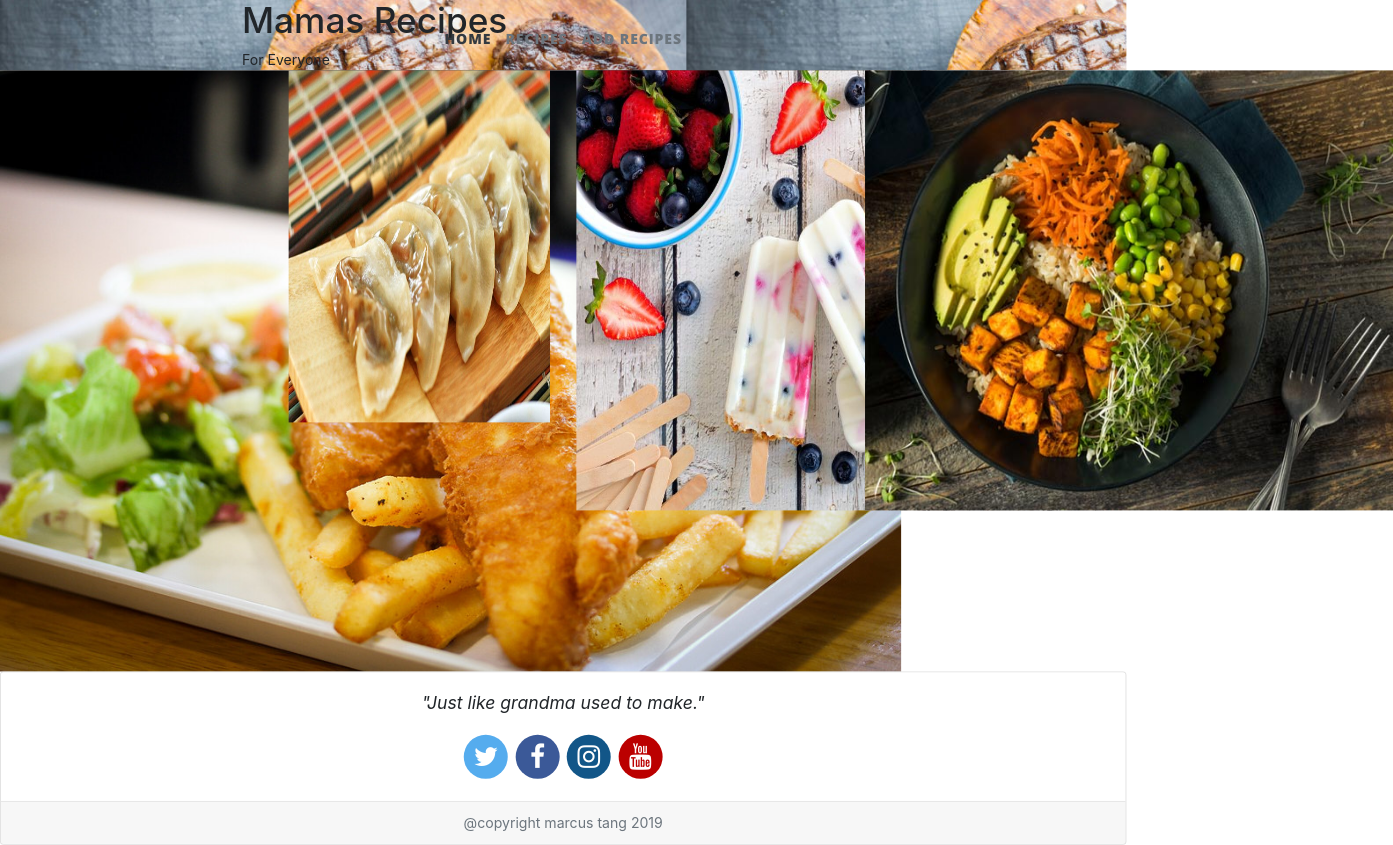
Repository: marstangg/mamasrecipes
Page: templates/index.html
The author's editor kept a record of every edit. The page is drawn from the files as they stood at one moment, then again after the next edit.
The browser window is 1280 px wide. The page is 1583 px wide, so the pictures cover 1583 px, including what lies to the right of the window. The pictures show the whole page, at 88% of full size.
Some web libraries are served in a nearby version. The template is drawn by Flask 3. The application's start-up code is not run. Other server files are loaded and not shown. The template is opened directly, without the code that normally fills it, so the values that code supplies are empty.

Above is the page before.

### templates/index.html
{% extends 'base.html' %}

{% block content %}
  <!--Page Header -->
  <header class="masthead" style="background-image: url('static/img/mamasrecipe.jpg')">
    <div class="overlay"></div>
    <div class="container">
      <div class="row">
        <div class="col-lg-8 col-md-10 mx-auto">
          <div class="site-heading">
            <h1>Mamas Recipes</h1>
            <span class="subheading">For Everyone</span>
          </div>
        </div>
      </div>
    </div>
  </header>
  <!--Listing-->
  <div class="row">
    <div class="col-3">
      <img src="static/img/western.jpg" alt="western">
    </div>
    <div class="col-3">
      <img src="static/img/gyoza.jpg" alt="asian" width="100%" height="400">
    </div>
    <div class="col-3">
      <img src="static/img/dessert.jpg" alt="dessert"width="600" height="500">
    </div>
    <div class="col-3">
      <img src="static/img/vege.jpg" alt="veg"width="600" height="500">
    </div>
  </div>
{% endblock %}

### templates/base.html
<!doctype html>
<html lang="en">

<head>
  <!-- Required meta tags -->
  <meta charset="utf-8">
  <meta name="viewport" content="width=device-width, initial-scale=1, shrink-to-fit=no">

  <!-- Custom fonts for this template -->
  <link rel="stylesheet" href="https://cdnjs.cloudflare.com/ajax/libs/font-awesome/4.7.0/css/font-awesome.min.css">
  <link href='https://fonts.googleapis.com/css?family=Lora:400,700,400italic,700italic' rel='stylesheet' type='text/css'>
  <link href='https://fonts.googleapis.com/css?family=Open+Sans:300italic,400italic,600italic,700italic,800italic,400,300,600,700,800' rel='stylesheet' type='text/css'>

  <!-- Bootstrap CSS -->
  <link rel="stylesheet" href="https://maxcdn.bootstrapcdn.com/bootstrap/4.0.0/css/bootstrap.min.css" integrity="sha384-Gn5384xqQ1aoWXA+058RXPxPg6fy4IWvTNh0E263XmFcJlSAwiGgFAW/dAiS6JXm" crossorigin="anonymous">

  <!-- Custom styles for this template -->
  <link href="/static/css/style.css" rel="stylesheet">

  <title>Mama's Recipe | A portal for everyone to share their mama's recipes</title>
</head>

<body>
  <!-- Navigation -->
  <nav class="navbar navbar-expand-lg navbar-light fixed-top {% block navbg %} bg-transparent {% endblock %}" id="mainNav">
    <div class="container">

      <button class="navbar-toggler navbar-toggler-right text-white" type="button" data-toggle="collapse" data-target="#navbarResponsive" aria-controls="navbarResponsive" aria-expanded="false" aria-label="Toggle navigation">
        Menu
      </button> {% block navbrand %} {% endblock %}
      <div class="collapse navbar-collapse" id="navbarResponsive">
        <ul class="navbar-nav mx-auto mt-4">
          <a class="nav-item mx-2 {% block navhome %} text-dark {% endblock %}" href="{{url_for('index')}}"> Home </a>
          <a class="nav-item mx-2 {% block navrecipes %} text-secondary {% endblock %}" href="{{url_for('recipes')}}"> Recipes</a>
          <a class="nav-item mx-2 {% block navadd %} text-secondary {% endblock %}" href="{{url_for('recipe_add')}}"> Add Recipes</a>
        </ul>
      </div>
    </div>
  </nav>

  {% block content %} {% endblock %}

  <footer>
    <div class="card text-center">
      <div class="card-body">
        <!--<h5 class="card-title">""</h5>-->
        <blockquote class="blockquote">
          <p class="mb-0 font-italic">"Just like grandma used to make."</p>
        </blockquote>

        <div>
          <a href="#" class="fa fa-twitter"></a>
          <a href="#" class="fa fa-facebook"></a>
          <a href="#" class="fa fa-instagram"></a>
          <a href="#" class="fa fa-youtube"></a>
    </div>

      </div>
      <div class="card-footer text-muted">
        @copyright marcus tang 2019
      </div>
    </div>
  </footer>
  <!-- Optional JavaScript -->
  <!-- jQuery first, then Popper.js, then Bootstrap JS -->
  <script src="https://code.jquery.com/jquery-3.2.1.slim.min.js" integrity="sha384-KJ3o2DKtIkvYIK3UENzmM7KCkRr/rE9/Qpg6aAZGJwFDMVNA/GpGFF93hXpG5KkN" crossorigin="anonymous"></script>
  <script src="https://cdnjs.cloudflare.com/ajax/libs/popper.js/1.12.9/umd/popper.min.js" integrity="sha384-ApNbgh9B+Y1QKtv3Rn7W3mgPxhU9K/ScQsAP7hUibX39j7fakFPskvXusvfa0b4Q" crossorigin="anonymous"></script>
  <script src="https://maxcdn.bootstrapcdn.com/bootstrap/4.0.0/js/bootstrap.min.js" integrity="sha384-JZR6Spejh4U02d8jOt6vLEHfe/JQGiRRSQQxSfFWpi1MquVdAyjUar5+76PVCmYl" crossorigin="anonymous"></script>
</body>

</html>

Loaded but not shown: static/css/style.css (common file)

After the next edit:
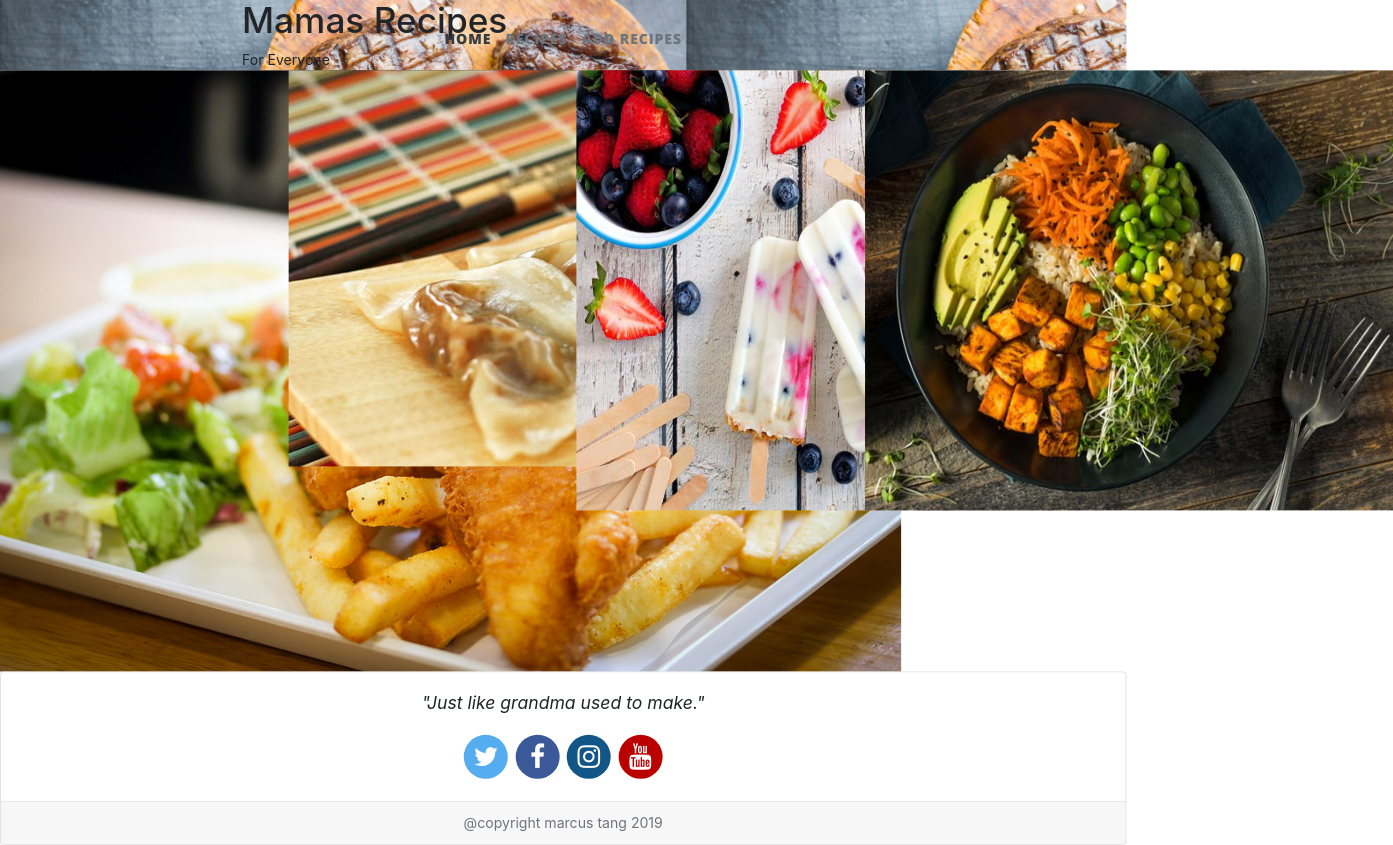
The edit:
--- a/templates/index.html
+++ b/templates/index.html
@@ -21,7 +21,7 @@
       <img src="static/img/western.jpg" alt="western">
     </div>
     <div class="col-3">
-      <img src="static/img/gyoza.jpg" alt="asian" width="100%" height="400">
+      <img src="static/img/gyoza.jpg" alt="asian">
     </div>
     <div class="col-3">
       <img src="static/img/dessert.jpg" alt="dessert"width="600" height="500">
